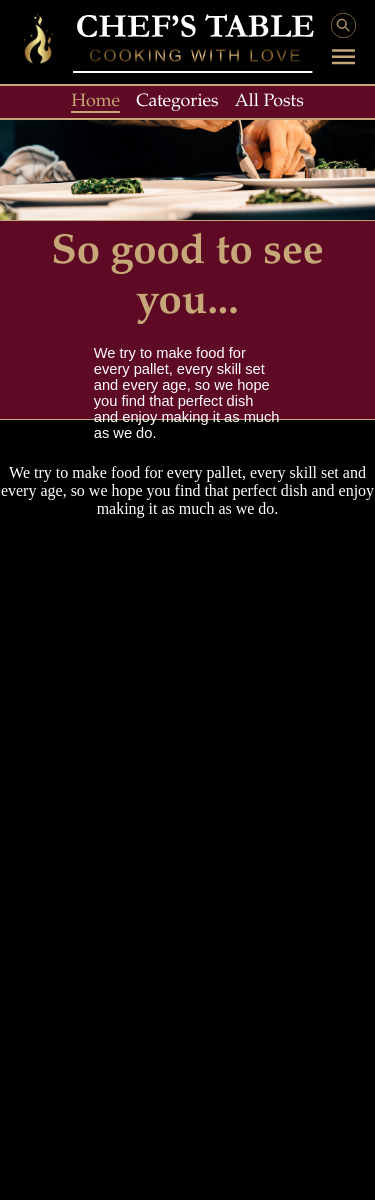
Repository: Noroff-FEU-Assignments/project-exam-1-runeunhjem
Page: index.html
These files come from the project's save history. The page is drawn as it stood at one moment and after the next save; the edit follows.
The browser window is 375 px wide. The pictures show the whole page.
The page's requests for data from a server got no answer.

Above is the page before, as saved 2023-05-01 13:56:59.

After the next save:
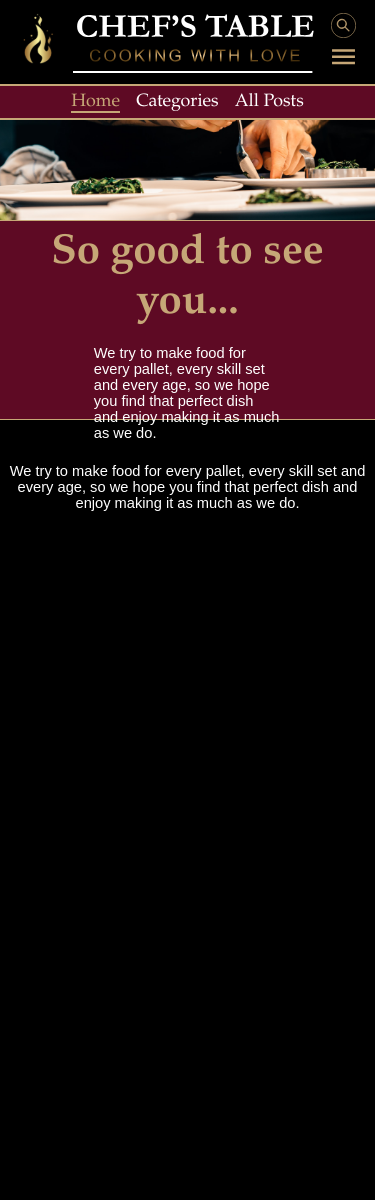
Saved 29 s later.
--- a/css/styles.css
+++ b/css/styles.css
@@ -209,6 +209,11 @@ main {
   font-size: calc(0.8rem + 0.5vw);
 }
 
+.check-latest-posts-note {
+  font-family: var(--font-family-normal);
+  font-size: calc(0.8rem + 0.5vw);
+}
+
 .carousel-home {
   display: flex;
   justify-content: flex-start;
@@ -286,4 +291,4 @@ main {
     background-image: url(../images/hero-image.png);
     height: 100px;
   }
-}/*# sourceMappingURL=styles_20230501135659.css.map */
+}/*# sourceMappingURL=styles_20230501135728.css.map */
